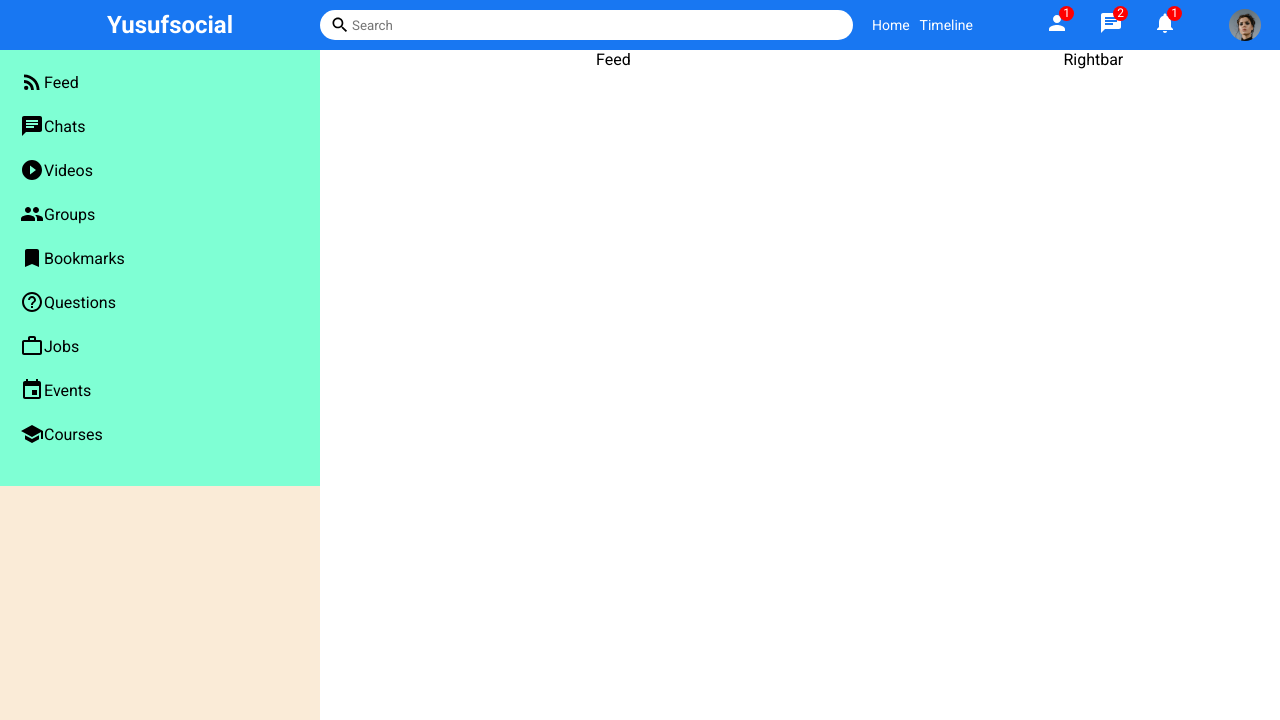
Repository: sevilgenysf/socialmediaapp
Page: /
An editor plug-in stored every save of this project. The page is shown before and after the next save, followed by the edit.
The browser window is 1280 px wide. The pictures show the whole page.
The project was rebuilt for these pictures with package versions that can differ from the ones it lists, and the page was loaded fresh each time.

Above is the page before, as saved 2022-02-16 20:08:51.

### public/index.html
<!DOCTYPE html>
<html lang="en">

<head>
	<meta charset="utf-8" />
	<meta name="viewport" content="width=device-width, initial-scale=1" />
	<meta name="description" content="Web site created using create-react-app" />
	<link href="https://fonts.googleapis.com/css2?family=Roboto:ital,wght@0,300;0,400;0,700;1,500&display=swap"
		rel="stylesheet">
	<link rel="stylesheet" href="style.css">
	<title>Social App</title>
</head>

<body>
	<noscript>You need to enable JavaScript to run this app.</noscript>
	<div id="root"></div>
</body>

</html>

### src/App.js
import React from 'react';
import Home from './pages/home/Home';
import './App.css';

function App() {
	return (
		<div className="App">
			<Home />
		</div>
	);
}

export default App;

### src/pages/home/Home.jsx
import React from 'react';
import Topbar from '../../components/topbar/Topbar';
import Sidebar from '../../components/sidebar/Sidebar';
import Feed from '../../components/feed/Feed';
import Rightbar from '../../components/rightbar/Rightbar';
import './home.css';

const Home = () => {
	return (
		<>
			<Topbar />
			<div className="homeContainer">
				<Sidebar />
				<Feed />
				<Rightbar />
			</div>
		</>
	);
};

export default Home;

### src/components/topbar/Topbar.jsx
import React from 'react';
import './topbar.css';
import { Search, Person, Chat, Notifications } from '@mui/icons-material';

const Topbar = () => {
	return (
		<div className="topbarContainer">
			<div className="topbarLeft">
				<span className="logo">Yusufsocial</span>
			</div>
			<div className="topbarCenter">
				<div className="searchbar">
					<Search className="searchIcon" />
					<input type="text" placeholder="Search" className="searchInput" />
				</div>
			</div>
			<div className="topbarRight">
				<div className="topbarLink">
					<span className="topbarLink">Home</span>
					<span className="topbarLink">Timeline</span>
				</div>
				<div className="topbarIcons">
					<div className="topbarIconItem">
						<Person />
						<span className="topbarIconBadge">1</span>
					</div>
					<div className="topbarIconItem">
						<Chat />
						<span className="topbarIconBadge">2</span>
					</div>
					<div className="topbarIconItem">
						<Notifications />
						<span className="topbarIconBadge">1</span>
					</div>
				</div>
				<img src="/assets/person/1.jpeg" alt="" className="topbarImg" />
			</div>
		</div>
	);
};

export default Topbar;

### src/components/sidebar/Sidebar.jsx
import React from 'react';
import './sidebar.css';
import {
	RssFeed,
	Chat,
	PlayCircleFilledOutlined,
	Group,
	Bookmark,
	HelpOutline,
	WorkOutline,
	Event,
	School
} from '@mui/icons-material';

const Sidebar = () => {
	return (
		<div className="sidebar">
			<div className="sidebarWrapper">
				<ul className="sidebarList">
					<li className="sidebarListItem">
						<RssFeed className="sidebarIcon" />
						<span className="sidebarListItemText">Feed</span>
					</li>
					<li className="sidebarListItem">
						<Chat className="sidebarIcon" />
						<span className="sidebarListItemText">Chats</span>
					</li>
					<li className="sidebarListItem">
						<PlayCircleFilledOutlined className="sidebarIcon" />
						<span className="sidebarListItemText">Videos</span>
					</li>
					<li className="sidebarListItem">
						<Group className="sidebarIcon" />
						<span className="sidebarListItemText">Groups</span>
					</li>
					<li className="sidebarListItem">
						<Bookmark className="sidebarIcon" />
						<span className="sidebarListItemText">Bookmarks</span>
					</li>
					<li className="sidebarListItem">
						<HelpOutline className="sidebarIcon" />
						<span className="sidebarListItemText">Questions</span>
					</li>
					<li className="sidebarListItem">
						<WorkOutline className="sidebarIcon" />
						<span className="sidebarListItemText">Jobs</span>
					</li>
					<li className="sidebarListItem">
						<Event className="sidebarIcon" />
						<span className="sidebarListItemText">Events</span>
					</li>
					<li className="sidebarListItem">
						<School className="sidebarIcon" />
						<span className="sidebarListItemText">Courses</span>
					</li>
				</ul>
			</div>
		</div>
	);
};

export default Sidebar;

### src/components/feed/Feed.jsx
import React from 'react';
import './feed.css';

const Feed = () => {
	return <div className="feed">Feed</div>;
};

export default Feed;

### src/components/rightbar/Rightbar.jsx
import React from 'react';
import './rightbar.css';

const Rightbar = () => {
	return <div className="rightbar">Rightbar</div>;
};

export default Rightbar;

### src/pages/home/home.css
.homeContainer {
	display: flex;
	width: 100%;
}

### src/components/topbar/topbar.css
.topbarContainer {
	height: 50px;
	width: 100%;
	background-color: #1877f2;
	display: flex;
	align-items: center;
	position: sticky;
	top: 0;
}

.topbarLeft {
	flex: 3;
}

.logo {
	font-size: 24px;
	margin-left: 20px;
	font-weight: bold;
	color: #fff;
	cursor: pointer;
}

.topbarCenter {
	flex: 5;
}

.searchbar {
	width: 100%;
	height: 30px;
	background-color: #fff;
	border-radius: 30px;
	display: flex;
	align-items: center;
}

.searchIcon {
	font-size: 20px !important;
	margin-left: 10px;
}


.searchInput {
	border: none;
	width: 70%;
}

.searchInput:focus {
	outline: none;
}

.topbarRight {
	display: flex;
	align-items: center;
	justify-content: space-around;
	flex: 4;
	color: #fff;
}

.topbarLink {
	margin-right: 10px;
	font-size: 14px;
	cursor: pointer;
}

.topbarIcons {
	display: flex;
}

.topbarIconItem {
	margin: 15px;
	cursor: pointer;
	position: relative;
}

.topbarIconBadge {
	width: 15px;
	height: 15px;
	background-color: red;
	border-radius: 50%;
	color: #fff;
	position: absolute;
	top: -5px;
	right: -5px;
	align-items: center;
	justify-content: center;
	font-size: 12px;
}

.topbarImg {
	width: 32px;
	height: 32px;
	border-radius: 50%;
	object-fit: cover;
	cursor: pointer;
}

### src/components/sidebar/sidebar.css
.sidebar {
	flex: 3;
	height: calc(100vh - 50px);
	background-color: antiquewhite;
}

.sidebarWrapper {
	padding: 20px;
	background-color: aquamarine;
}

.sidebarList {
	padding: 0;
	margin: 0;
	list-style: none;
}

.sidebarListItem {
	display: flex;
	align-items: center;
	margin-bottom: 20px;
}

### src/components/feed/feed.css
.feed {
	flex: 5.5;
}

### src/components/rightbar/rightbar.css
.rightbar {
	flex: 3.5;
}

### public/style.css
* {
	margin: 0;
	font-family: 'Roboto', sans-serif ;
}

Loaded but not shown: src/index.js (common file); src/index.css (common file); src/App.css (common file)

After the next save:
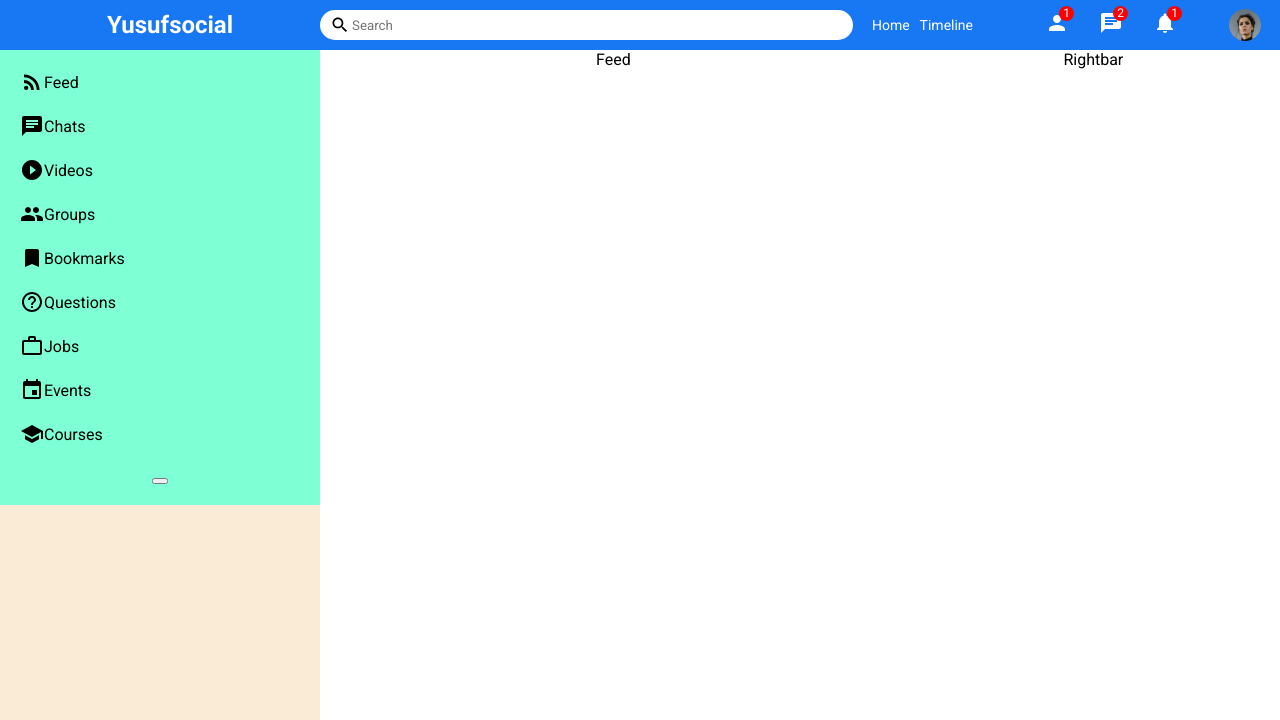
Saved 46 s later.
--- a/src/components/sidebar/Sidebar.jsx
+++ b/src/components/sidebar/Sidebar.jsx
@@ -54,6 +54,7 @@ const Sidebar = () => {
 						<span className="sidebarListItemText">Courses</span>
 					</li>
 				</ul>
+				<button className="sidebarButton"></button>
 			</div>
 		</div>
 	);
